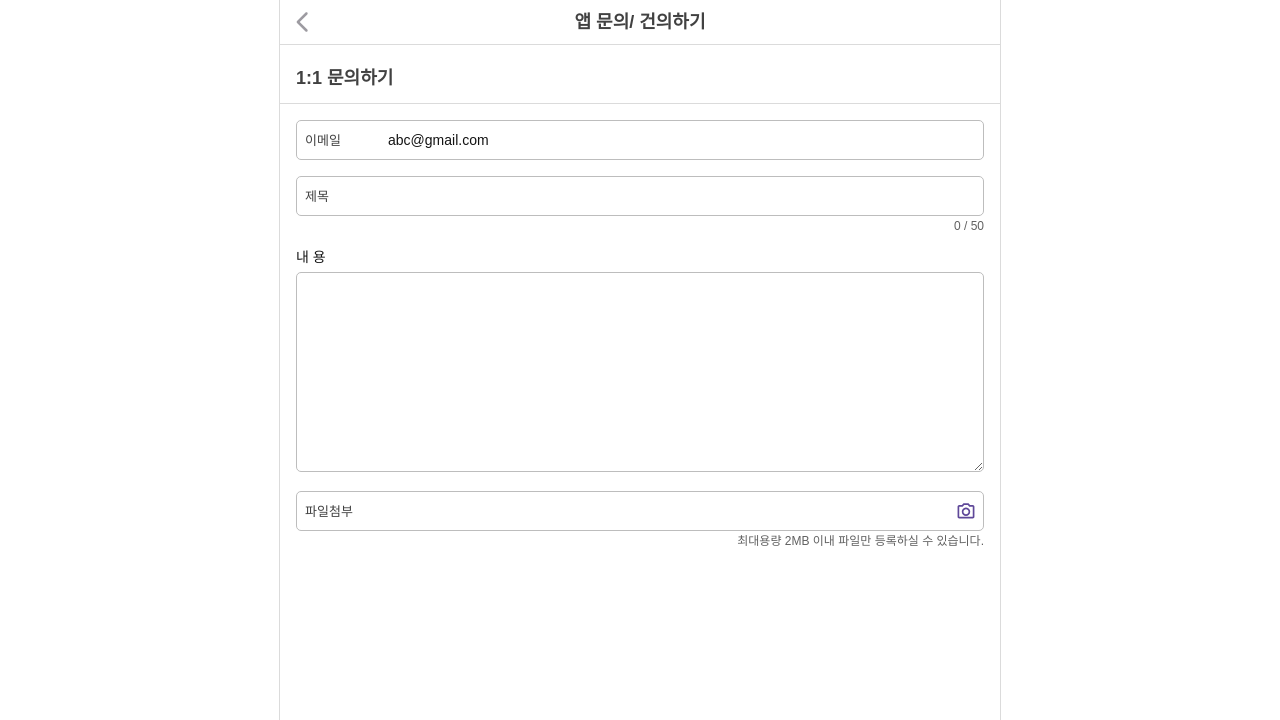
Repository: gosun1018/denguru
Page: my_complain_write.html
These files come from the project's save history. The page is drawn as it stood at one moment and after the next save; the edit follows.
The browser window is 1280 px wide. The pictures show the whole page.
Some web fonts or font styles are not loaded; a fallback is used. The style sheet was rebuilt from its Sass, Less or Tailwind sources for each picture, by a compiler version that may differ from the author's.

Above is the page before, as saved 2020-03-23 16:04:23.

After the next save:
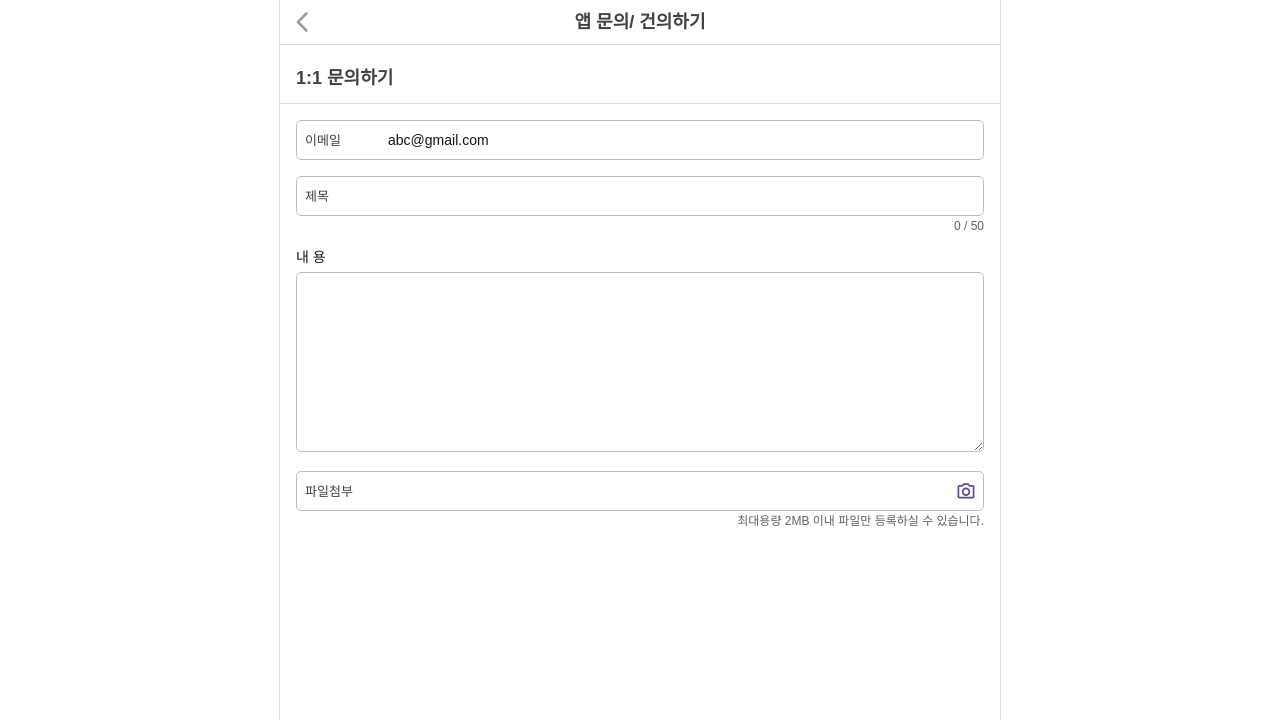
Saved 5 s later.
--- a/css/scss/pages/_mycomplain.scss
+++ b/css/scss/pages/_mycomplain.scss
@@ -116,6 +116,6 @@
         margin: $layout-base-padding 0;
     }
     .inp_textarea {
-        min-height: 200px;
+        min-height: 180px;
     }
 }
